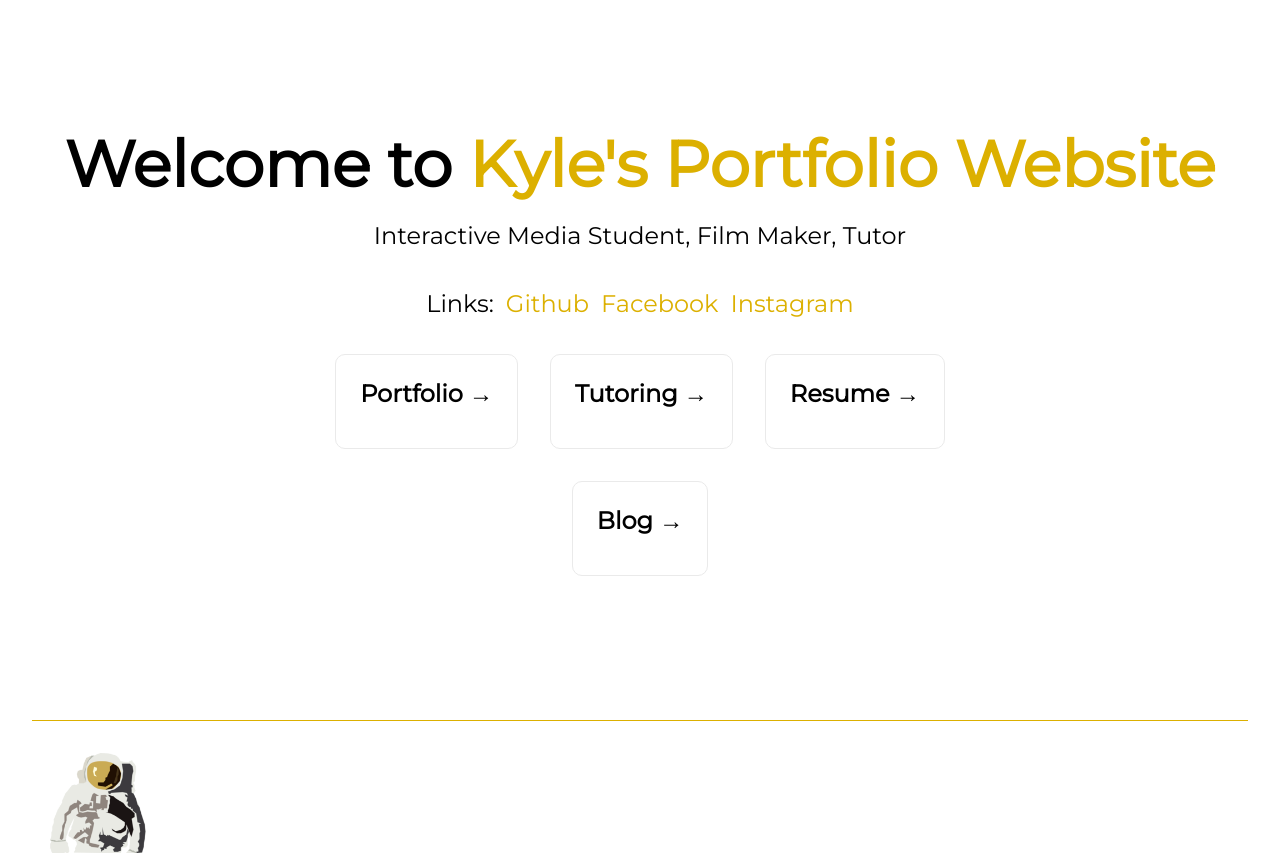
Repository: neomort/CL-portfolio-site
Page: /
The author's editor kept a copy of each file at every save. The page is drawn from the files as they stood at one save, then again after the next save.
The browser window is 1280 px wide. The pictures show the whole page.
The project was rebuilt for these pictures with package versions that can differ from the ones it lists, and the page was loaded fresh each time. The framework's server and built-in components were replaced by stand-ins that run in the browser. Also part of the build but not shown: next.config.js.

Above is the page before, as saved 2021-12-14 14:55:24.

After the next save:
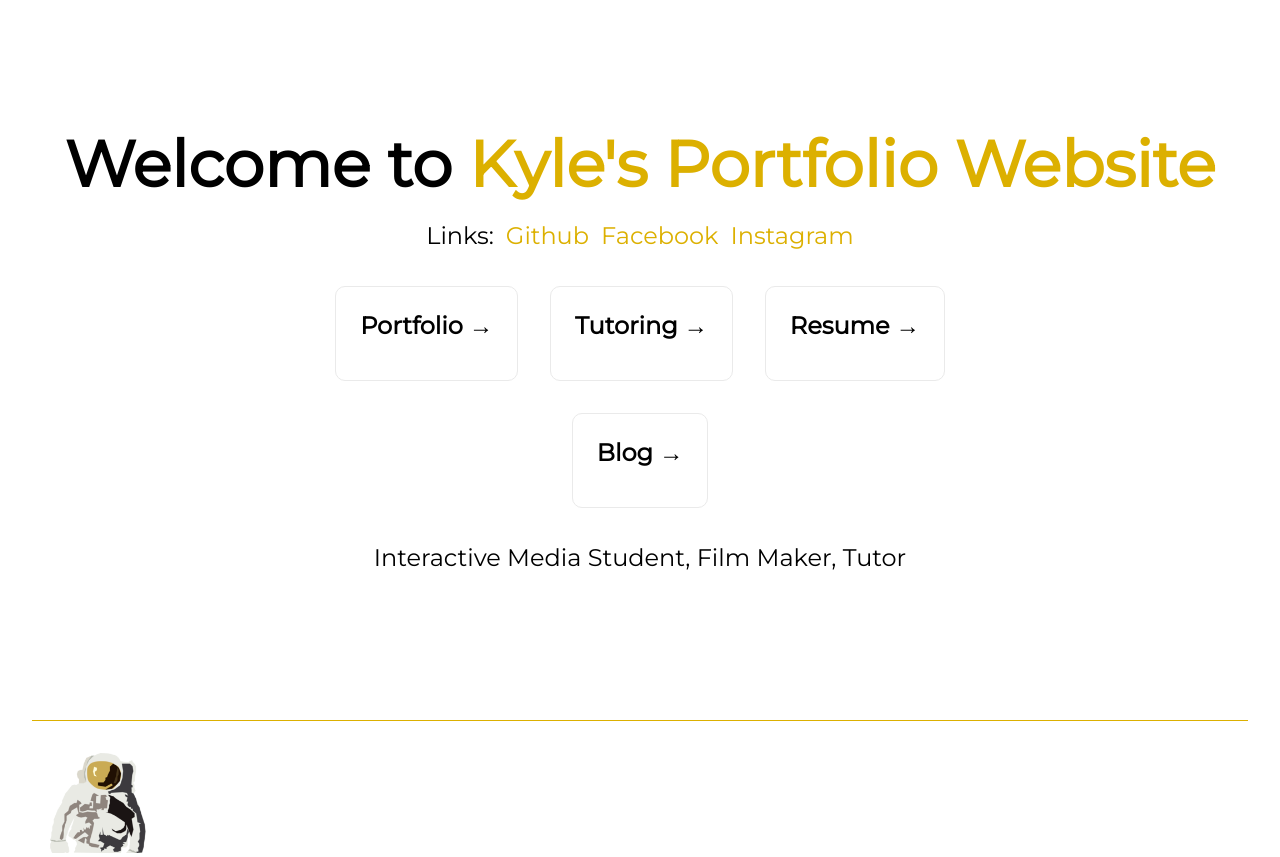
Saved 53 s later.
--- a/pages/index.js
+++ b/pages/index.js
@@ -16,9 +16,7 @@ export default function Home() {
           Welcome to <a href="https://kyleadams.com/">Kyle's Portfolio Website</a>
         </h1>
 
-        <p className={styles.description}>
-        Interactive Media Student, Film Maker, Tutor
-        </p>
+
 
         <p className={styles.description}>
           Links:
@@ -56,7 +54,13 @@ export default function Home() {
 
             </p>
           </a>
+
+
         </div>
+
+        <p className={styles.description}>
+        Interactive Media Student, Film Maker, Tutor
+        </p>
       </main>
 
       <footer className={styles.footer}>
